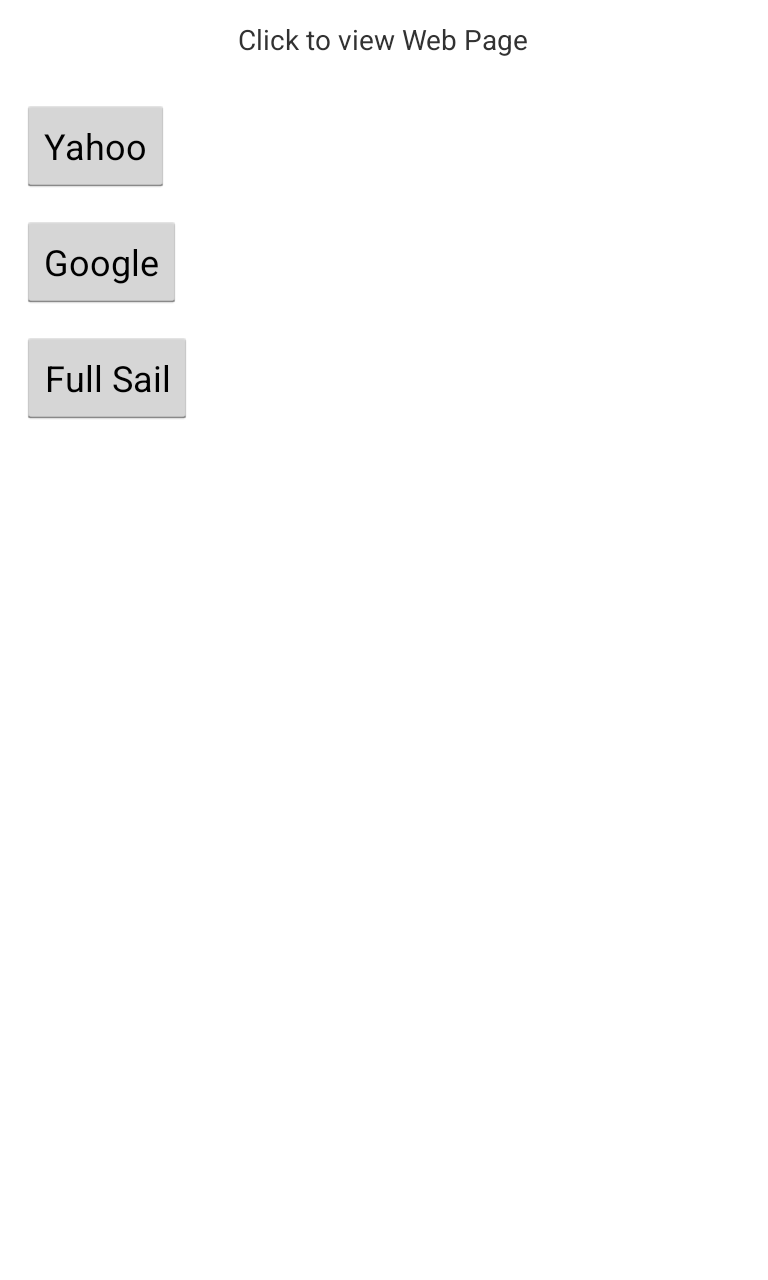
Repository: kenshiryu7/mdv-projects
Layout: MDF3/part2_openWeb/res/layout/open_main_lay.xml
These files come from the project's save history. The layout is drawn as it stood at one moment and after the next save; the edit follows.
It is drawn on a 768 x 1280 px phone screen (xhdpi) without system bars, with theme AppTheme; the app's code is not run.

Above is the layout before, as saved 2013-02-07 20:46:38.

After the next save:
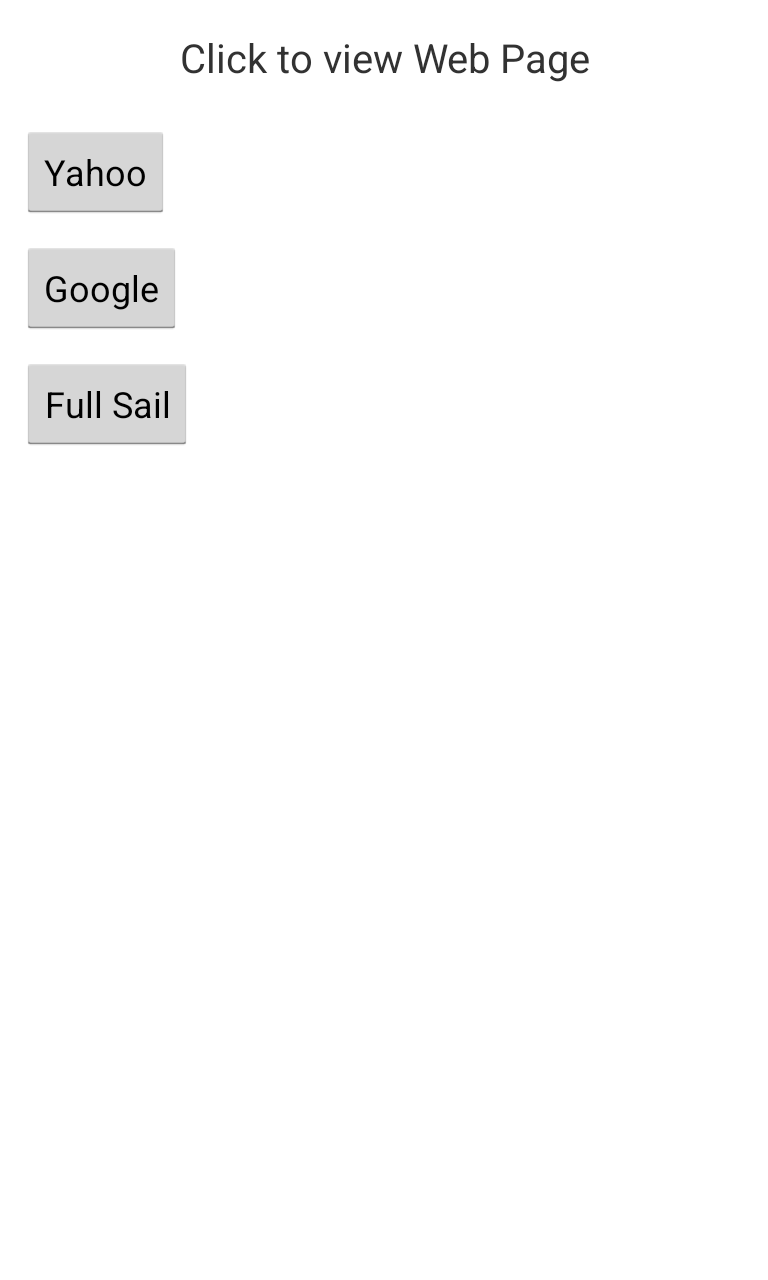
Saved 56 s later.
--- a/MDF3/part2_openWeb/res/layout/open_main_lay.xml
+++ b/MDF3/part2_openWeb/res/layout/open_main_lay.xml
@@ -9,9 +9,10 @@
         android:layout_width="wrap_content"
         android:layout_height="wrap_content"
         android:layout_gravity="center"
-        android:layout_marginTop="10dp"
+        android:layout_marginTop="15dp"
         android:gravity="center"
-        android:text="@string/text1" />
+        android:text="@string/text1"
+        android:textSize="20sp" />
 
     <Button
         android:id="@+id/button1"
